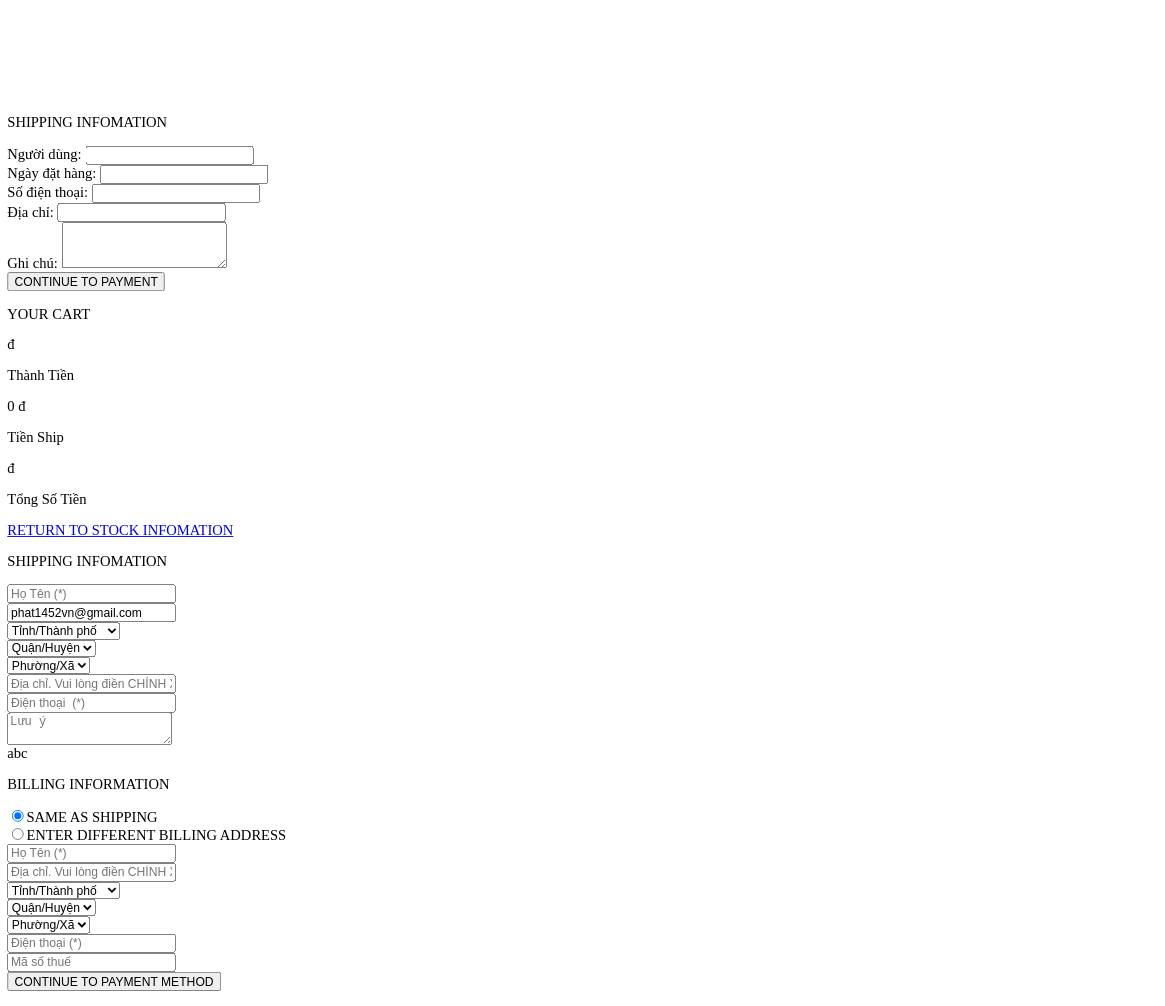
Repository: nguyengiabao245/NHOM3_C2
Page: http://localhost/DoAnJava/WEB-INF/views/order/checkout.jsp
These files come from the project's save history. The page is drawn as it stood at one moment and after the next save; the edit follows.
The browser window is 1280 px wide. The pictures show the whole page, at 91% of full size.
The page is served by Tomcat 9. Nobody is signed in. The template is opened directly, without the code that normally fills it, so the values that code supplies are empty.

Above is the page before, as saved 2022-05-15 11:50:45.

### DoAnJava/src/main/webapp/WEB-INF/views/order/checkout.jsp
<%@ page pageEncoding="utf-8"%>
<%@ taglib uri="http://www.springframework.org/tags/form" prefix="form"%>
<%@ taglib uri="http://java.sun.com/jstl/core_rt" prefix="c"%>
<%@ taglib uri="http://java.sun.com/jstl/fmt_rt" prefix="f"%>

<c:set var="cart" value="${sessionScope['scopedTarget.cartService']}" />

<br />
<div id="container" style="margin-top: 100px">
	<div class="container detail wrap-checkout">
		<div class="checkout__inner clearfix">
			<form:form action="/order/checkout" method="post">
				<div class="checkout__infor">
					<div class="checkout__infor__shipping step-checkout">
        <div class="checkout__infor__user__shipping">
                <p class="font-700 mgB-20 fs-24 mgT-20">SHIPPING INFOMATION</p>


		<form:form action="/order/checkout" modelAttribute="order"
			method="post">

			<div class="frm-item">
				<label>Người dùng:</label>
				<form:input path="user.id" class="form-control" readonly="true" />
			</div>
			<div class="frm-item">
				<label>Ngày đặt hàng:</label>
				<form:input path="orderDate" class="form-control" />
			</div>
			<div class="frm-item">
				<label>Số điện thoại:</label>
				<form:input path="telephone" class="form-control" />
			</div>
			<div class="frm-item">
				<label>Địa chỉ:</label>
				<form:input path="address" class="form-control" />
			</div>
			<div class="frm-item">

				<form:hidden path="status" class="form-control" />
			</div>
			<div class="frm-item">
				<label>Ghi chú:</label>
				<form:textarea path="description" rows="3" class="form-control" />
			</div>
			<div class="text-center mgT-30">
				<button class="btn__conti--pay">CONTINUE TO PAYMENT</button>

			</div>

		</form:form>
		</div>

					</div>
				</div>
				<div class="checkout__inforpro">
					<p class="font-700 mgB-30 text-center fs-17">YOUR CART</p>
					<c:forEach var="p"
						items="${sessionScope['scopedTarget.cartService'].items}">

						<div class="clearfix checkout__inforpro-detail 23323">
							<div class="font-600 fs-14 mgB-10">
								<a href="/product/detail/${p.id}"> ${p.name} </a>
							</div>

							<div class="font-600 fs-11 justifyAround mgB-5">
								<em>SIZE:</em>
								<div>6.5W US</div>
							</div>
							<div class="up__down--qty font-600 fs-11 justifyAround">
								<em>QTY:</em>
								<div>

									<span class="qty__val">${p.quantity}</span>
									<input name="quantity_select" class="quantity_select"
										type="hidden" value="1">
								</div>
							</div>
							<div class="font-600 fs-11 justifyAround mgB-5">
								<em>Thành Tiền:</em>
								<div>
									đ
									<f:formatNumber value="${p.quantity * p.unitPrice}" pattern="#,###" />
								</div>
							</div>
							<div class="font-600 fs-11 justifyAround mgB-5">
								<em>Giá Đã Giảm:</em>
								<div>đ <f:formatNumber value="${p.unitPrice * (1 - p.discount)}" pattern="#,###" /></div>
							</div>
							<div class="promoCode">
								<a href="" class="removeCoupon hide"><span
									class="icon-uniF335"></span></a>
								<div class="frm-item">
									<input type="text" placeholder="PROMO CODE"
										name="coupon_code[37473]" value="">
									<div class="error">Mã Khuyến Mãi không phù hợp</div>
								</div>
								<div class="btnApply">
									<button>APPLY</button>
								</div>
							</div>
						</div>
					</c:forEach>
					<div class="clearfix mgB-10">
						<p class="pull-right font-600 fs-12">đ <f:formatNumber value="${cart.amount}" pattern="#,###" /></p>
						<p class="font-600 fs-12">Thành Tiền</p>
					</div>

					<div class="clearfix mgB-10">
						<p class="pull-right font-700 fs-12">0 đ</p>
						<p class="font-700 fs-12">Tiền Ship</p>
					</div>
					<div class="clearfix mgB-40">
						<p class="pull-right font-700 fs-17">đ <f:formatNumber value="${cart.amount}" pattern="#,###" /></p>
						<p class="font-700 fs-17">Tổng Số Tiền</p>
					</div>
					<div class="backLink">
						<a href="/home"><span
							class="glyphicon glyphicon-menu-left"></span>RETURN TO STOCK INFOMATION</a>
					</div>

				</div>
			</form:form>
		</div>
	</div>
</div>


<div id="container">
            <div class="container detail wrap-checkout">
        <div class="checkout__inner clearfix">
            <form action="https://www.glab.vn/order/checkout/step2" method="post">
            <input type="hidden" name="_token" value="xzCqNfcC2Q0GvOK0ZmysHSUba4oxn7xKgy9cQJ0A">
                            <div class="checkout__infor">
                    <div class="checkout__infor__shipping step-checkout">
        <div class="checkout__infor__user__shipping">
                <p class="font-700 mgB-20 fs-24 mgT-20">SHIPPING INFOMATION</p>

                <div class="frm-item">
            <input name="shipping_name" placeholder="Họ Tên (*)" class="form-control" type="text" value="">
                    </div>
        <div class="frm-item">
            <input name="email" placeholder="Email" class="form-control" type="text" value="phat1452vn@gmail.com">
        </div>
        <div class="frm-item same-city">
                        <select class="select-city" data-child="district" name="shipping_city_id"><option value="0">Tỉnh/Thành phố</option><option value="1">Hồ Chí Minh</option><option value="2">Hà Nội</option><option value="3">Bình Dương</option><option value="4">Đà Nẵng</option><option value="5">Hải Phòng</option><option value="6">Long An</option><option value="7">Bà Rịa Vũng Tàu</option><option value="8">An Giang</option><option value="9">Bắc Giang</option><option value="10">Bắc Kạn</option><option value="11">Bạc Liêu</option><option value="12">Bắc Ninh</option><option value="13">Bến Tre</option><option value="14">Bình Định</option><option value="15">Bình Phước</option><option value="16">Bình Thuận  </option><option value="17">Cà Mau</option><option value="18">Cần Thơ</option><option value="19">Cao Bằng</option><option value="20">Đắk Lắk</option><option value="21">Đắk Nông</option><option value="22">Điện Biên</option><option value="23">Đồng Nai</option><option value="24">Đồng Tháp</option><option value="25">Gia Lai</option><option value="26">Hà Giang</option><option value="27">Hà Nam</option><option value="28">Hà Tĩnh</option><option value="29">Hải Dương</option><option value="30">Hậu Giang</option><option value="31">Hòa Bình</option><option value="32">Hưng Yên</option><option value="33">Khánh Hòa</option><option value="34">Kiên Giang</option><option value="35">Kon Tum</option><option value="36">Lai Châu</option><option value="37">Lâm Đồng</option><option value="38">Lạng Sơn</option><option value="39">Lào Cai</option><option value="40">Nam Định</option><option value="41">Nghệ An</option><option value="42">Ninh Bình</option><option value="43">Ninh Thuận</option><option value="44">Phú Thọ</option><option value="45">Phú Yên</option><option value="46">Quảng Bình</option><option value="47">Quảng Nam</option><option value="48">Quảng Ngãi</option><option value="49">Quảng Ninh</option><option value="50">Quảng Trị</option><option value="51">Sóc Trăng</option><option value="52">Sơn La</option><option value="53">Tây Ninh</option><option value="54">Thái Bình</option><option value="55">Thái Nguyên</option><option value="56">Thanh Hóa</option><option value="57">Thừa Thiên Huế</option><option value="58">Tiền Giang</option><option value="59">Trà Vinh</option><option value="60">Tuyên Quang</option><option value="61">Vĩnh Long</option><option value="62">Vĩnh Phúc</option><option value="63">Yên Bái</option></select>
        </div>
        <div class="frm-item same-district">
            <select class="select-district" data-child="ward" name="shipping_district_id"><option value="0">Quận/Huyện</option></select>
        </div>
        <div class="frm-item same-ward">
            <select class="select-ward" name="shipping_ward_id"><option value="0">Phường/Xã</option></select>
        </div>
        <div class="frm-item">
            <input name="shipping_address" placeholder="Địa chỉ. Vui lòng điền CHÍNH XÁC 'tầng, số nhà, đường'.  (*)" class="form-control" type="text" value="">
                    </div>
        <div class="frm-item">
            <input name="shipping_phone" placeholder="Điện thoại  (*)" class="form-control" type="number" value="">
                    </div>
        <div class="frm-item">
            <textarea class="form-control" name="comment" placeholder="Lưu ý"></textarea>
            <div class="error">abc</div>
        </div>
    </div>

    <div class="checkout__infor__user__billing hide">
        <p class="font-700 mgB-20 fs-24 mgT-40">BILLING INFORMATION</p>
        <div class="row mgB-20">
            <div class="col-sm-6">
                <label for="" class="frm">
                    <input type="radio" name="chk-same-info" checked value="1">SAME AS SHIPPING
                </label>
            </div>
            <div class="col-sm-6">
                <label for="" class="frm">
                    <input type="radio" name="chk-same-info" value="0">ENTER DIFFERENT BILLING ADDRESS
                </label>
            </div>
        </div>
        <div class="frm-item">
            <input name="billing_name" placeholder="Họ Tên (*)" class="form-control" type="text" value="">
                    </div>
        <div class="frm-item">
            <input name="billing_address" placeholder="Địa chỉ. Vui lòng điền CHÍNH XÁC 'tầng, số nhà, đường'. (*)" class="form-control" type="text" value="">
                    </div>
        <div class="frm-item same-city">
                        <select class="select-city" data-child="district" name="billing_city_id"><option value="0">Tỉnh/Thành phố</option><option value="1">Hồ Chí Minh</option><option value="2">Hà Nội</option><option value="3">Bình Dương</option><option value="4">Đà Nẵng</option><option value="5">Hải Phòng</option><option value="6">Long An</option><option value="7">Bà Rịa Vũng Tàu</option><option value="8">An Giang</option><option value="9">Bắc Giang</option><option value="10">Bắc Kạn</option><option value="11">Bạc Liêu</option><option value="12">Bắc Ninh</option><option value="13">Bến Tre</option><option value="14">Bình Định</option><option value="15">Bình Phước</option><option value="16">Bình Thuận  </option><option value="17">Cà Mau</option><option value="18">Cần Thơ</option><option value="19">Cao Bằng</option><option value="20">Đắk Lắk</option><option value="21">Đắk Nông</option><option value="22">Điện Biên</option><option value="23">Đồng Nai</option><option value="24">Đồng Tháp</option><option value="25">Gia Lai</option><option value="26">Hà Giang</option><option value="27">Hà Nam</option><option value="28">Hà Tĩnh</option><option value="29">Hải Dương</option><option value="30">Hậu Giang</option><option value="31">Hòa Bình</option><option value="32">Hưng Yên</option><option value="33">Khánh Hòa</option><option value="34">Kiên Giang</option><option value="35">Kon Tum</option><option value="36">Lai Châu</option><option value="37">Lâm Đồng</option><option value="38">Lạng Sơn</option><option value="39">Lào Cai</option><option value="40">Nam Định</option><option value="41">Nghệ An</option><option value="42">Ninh Bình</option><option value="43">Ninh Thuận</option><option value="44">Phú Thọ</option><option value="45">Phú Yên</option><option value="46">Quảng Bình</option><option value="47">Quảng Nam</option><option value="48">Quảng Ngãi</option><option value="49">Quảng Ninh</option><option value="50">Quảng Trị</option><option value="51">Sóc Trăng</option><option value="52">Sơn La</option><option value="53">Tây Ninh</option><option value="54">Thái Bình</option><option value="55">Thái Nguyên</option><option value="56">Thanh Hóa</option><option value="57">Thừa Thiên Huế</option><option value="58">Tiền Giang</option><option value="59">Trà Vinh</option><option value="60">Tuyên Quang</option><option value="61">Vĩnh Long</option><option value="62">Vĩnh Phúc</option><option value="63">Yên Bái</option></select>
        </div>
        <div class="frm-item same-district">
            <select class="select-district" data-child="ward" name="billing_district_id"><option value="0">Quận/Huyện</option></select>
        </div>
        <div class="frm-item same-ward">
            <select class="select-ward" name="billing_ward_id"><option value="0">Phường/Xã</option></select>
        </div>
        <div class="frm-item">
            <input name="billing_phone" placeholder="Điện thoại (*)" class="form-control" type="number" value="">
                    </div>
        <div class="frm-item">
            <input name="billing_tax_code" placeholder="Mã số thuế" class="form-control" type="text" value="">
        </div>
    </div>
    <div class="text-center mgT-30">
        <button class="btn__conti--pay">CONTINUE TO PAYMENT METHOD</button>
    </div>
</div>                </div>

                        </form>
        </div>
    </div>
    </div>

After the next save:
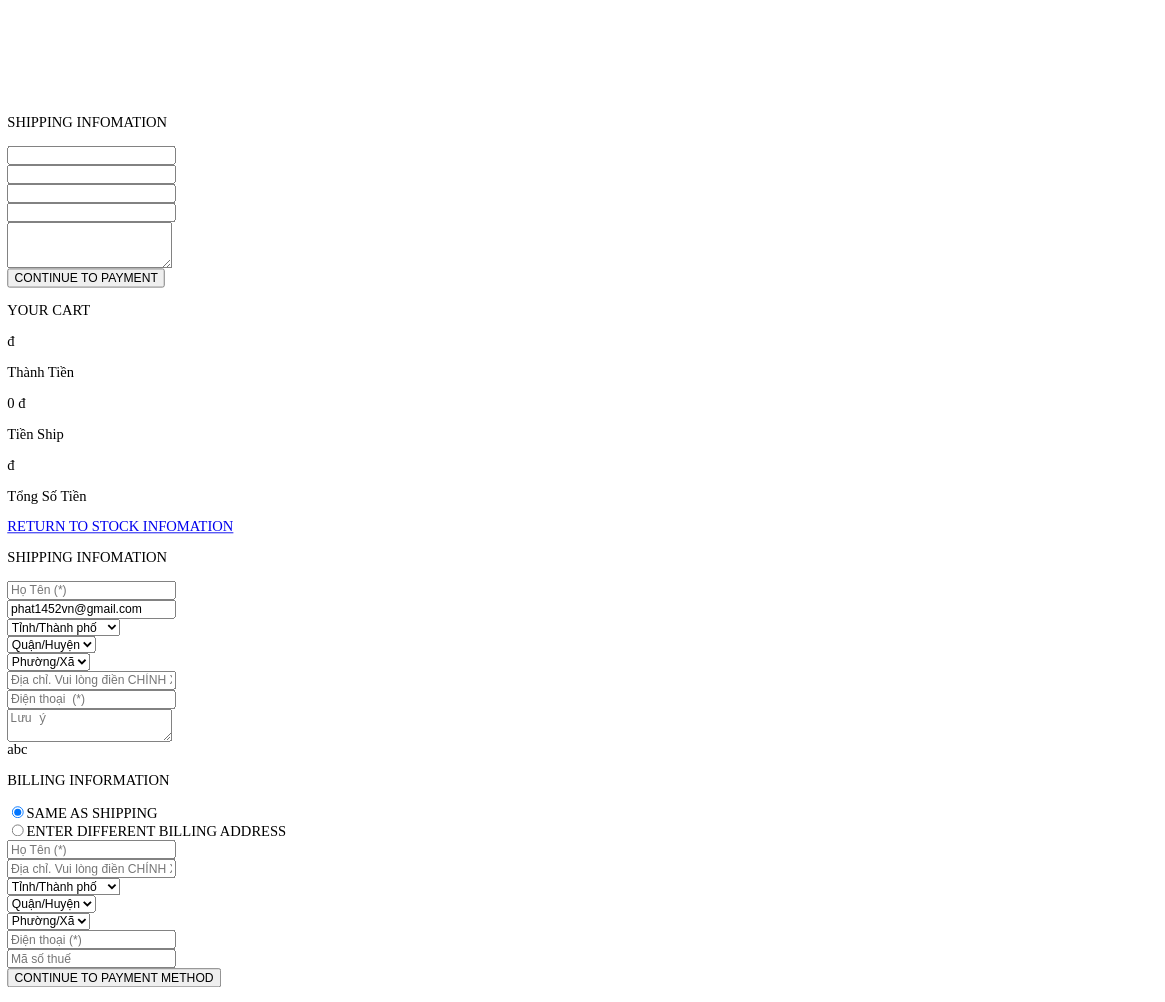
Saved 18 s later.
--- a/DoAnJava/src/main/webapp/WEB-INF/views/order/checkout.jsp
+++ b/DoAnJava/src/main/webapp/WEB-INF/views/order/checkout.jsp
@@ -20,27 +20,21 @@
 			method="post">
 
 			<div class="frm-item">
-				<label>Người dùng:</label>
 				<form:input path="user.id" class="form-control" readonly="true" />
 			</div>
 			<div class="frm-item">
-				<label>Ngày đặt hàng:</label>
 				<form:input path="orderDate" class="form-control" />
 			</div>
 			<div class="frm-item">
-				<label>Số điện thoại:</label>
 				<form:input path="telephone" class="form-control" />
 			</div>
 			<div class="frm-item">
-				<label>Địa chỉ:</label>
 				<form:input path="address" class="form-control" />
 			</div>
 			<div class="frm-item">
-
 				<form:hidden path="status" class="form-control" />
 			</div>
 			<div class="frm-item">
-				<label>Ghi chú:</label>
 				<form:textarea path="description" rows="3" class="form-control" />
 			</div>
 			<div class="text-center mgT-30">

After the save that followed:
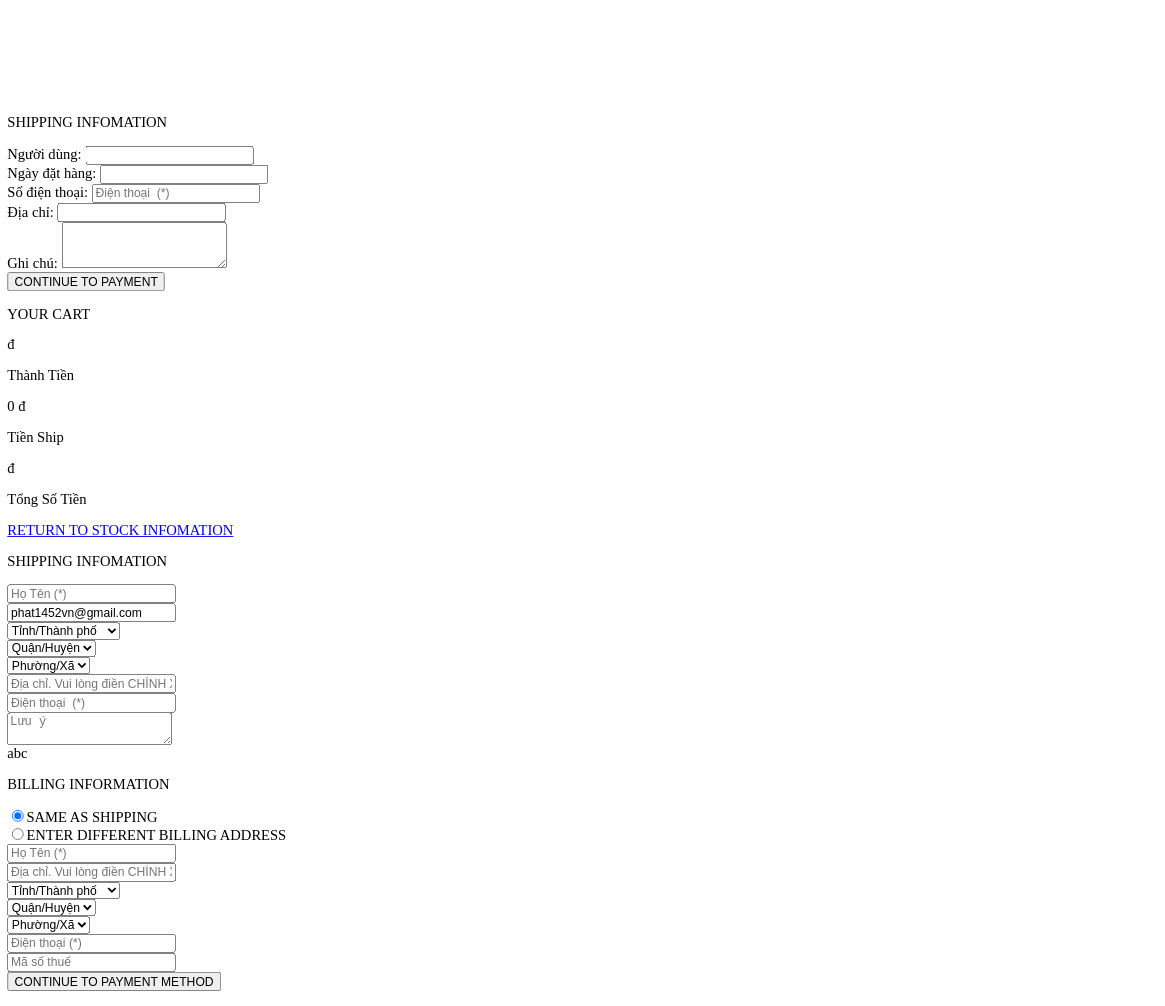
Saved 81 s later.
--- a/DoAnJava/src/main/webapp/WEB-INF/views/order/checkout.jsp
+++ b/DoAnJava/src/main/webapp/WEB-INF/views/order/checkout.jsp
@@ -20,21 +20,27 @@
 			method="post">
 
 			<div class="frm-item">
+				<label>Người dùng:</label>
 				<form:input path="user.id" class="form-control" readonly="true" />
 			</div>
 			<div class="frm-item">
+				<label>Ngày đặt hàng:</label>
 				<form:input path="orderDate" class="form-control" />
 			</div>
 			<div class="frm-item">
-				<form:input path="telephone" class="form-control" />
-			</div>
-			<div class="frm-item">
+				<label>Số điện thoại:</label>
+				<form:input path="telephone" class="form-control" placeholder="Điện thoại  (*)"/>
+			</div>
+			<div class="frm-item">
+				<label>Địa chỉ:</label>
 				<form:input path="address" class="form-control" />
 			</div>
 			<div class="frm-item">
+
 				<form:hidden path="status" class="form-control" />
 			</div>
 			<div class="frm-item">
+				<label>Ghi chú:</label>
 				<form:textarea path="description" rows="3" class="form-control" />
 			</div>
 			<div class="text-center mgT-30">
